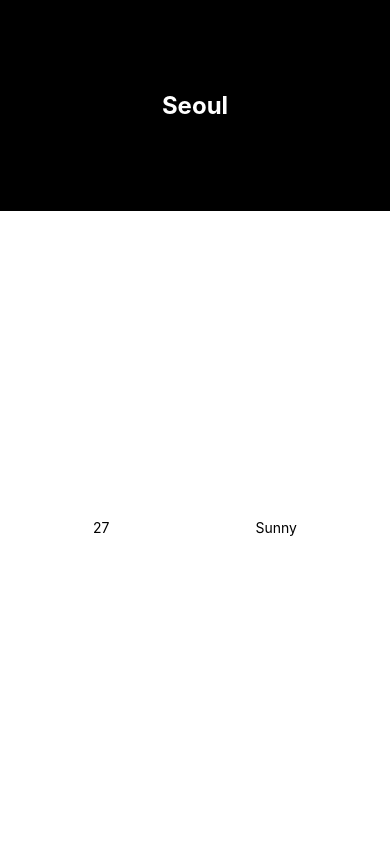
Repository: NewTurn2017/React-Native-Weather-App
Screen: /
An editor plug-in stored every save of this project. The screen is shown before and after the next save, followed by the edit.
The app was drawn by React Native's web renderer in a window 390 px wide. The project was rebuilt for these pictures with package versions that can differ from the ones it lists, and the page was loaded fresh each time.

Above is the screen before, as saved 2023-04-21 10:56:08.

### App.js
import { StatusBar } from 'expo-status-bar'
import { View, Text, StyleSheet } from 'react-native'

export default function App() {
  return (
    <View style={styles.container}>
      <StatusBar style="light" />
      <View style={styles.city}>
        <Text style={styles.cityName}>Seoul</Text>
      </View>
      <View style={styles.weather}>
        <View style={styles.day}>
          <Text styles={styles.temp}>27</Text>
          <Text styles={styles.description}>Sunny</Text>
        </View>
      </View>
    </View>
  )
}
const styles = StyleSheet.create({
  container: {
    flex: 1,
    backgroundColor: 'black',
  },
  cityName: {
    color: 'white',
    fontSize: 24,
    fontWeight: 'bold',
  },
  city: {
    flex: 1,
    backgroundColor: 'black',
    alignItems: 'center',
    justifyContent: 'center',
  },
  weather: {
    flex: 3,
    backgroundColor: 'white',
    alignItems: 'center',
    justifyContent: 'center',
  },
  day: {
    flexDirection: 'row',
    justifyContent: 'space-around',
    alignItems: 'center',
    width: '100%',
    paddingHorizontal: 20,
  },
  temp: {
    color: 'black',
    fontSize: 48,
    fontWeight: 'bold',
  },
  description: {
    color: 'black',
    fontSize: 24,
    fontWeight: 'bold',
  },
})

After the next save:
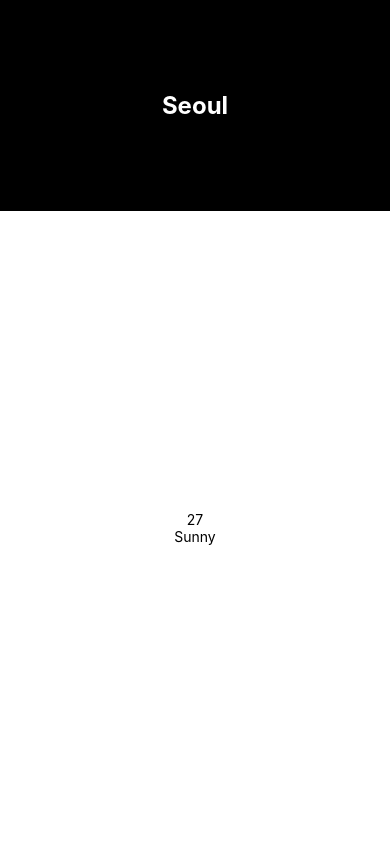
Saved 16 s later.
--- a/App.js
+++ b/App.js
@@ -40,7 +40,6 @@ const styles = StyleSheet.create({
     justifyContent: 'center',
   },
   day: {
-    flexDirection: 'row',
     justifyContent: 'space-around',
     alignItems: 'center',
     width: '100%',
